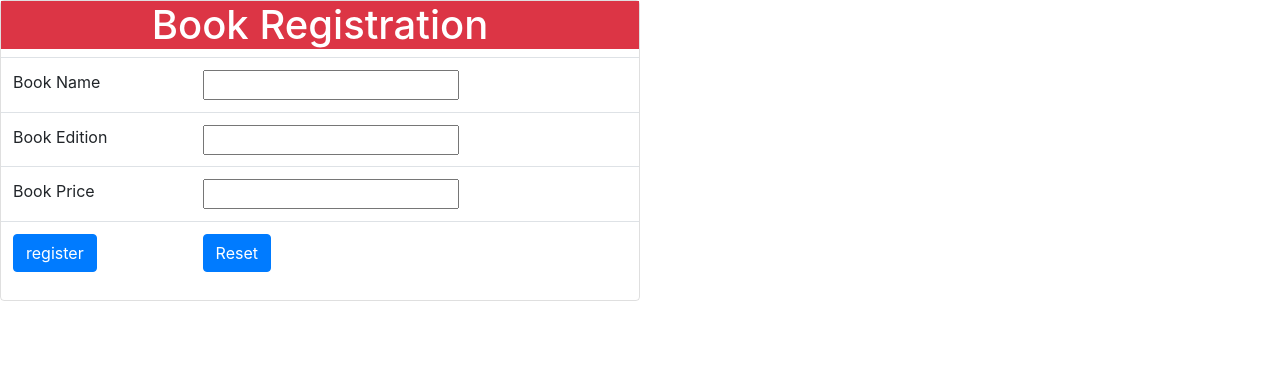
Repository: wasimkhanktr/JavaServlet
Page: WebBookApp/src/main/webapp/Register.html
An editor plug-in stored every save of this project. The page is shown before and after the next save, followed by the edit.
The browser window is 1280 px wide. The pictures show the whole page.

Above is the page before, as saved 2024-09-11 17:57:38.

### WebBookApp/src/main/webapp/Register.html
<!DOCTYPE html>
<html>
<head>
<meta charset="UTF-8">
<title>Insert title here</title>
<link rel="stylesheet" href="./css/bootstrap.css">
</head>
<body class=".container card" style="width: 40rem;">
    <h1 class="bg-danger text-white text-center">Book Registration</h1>
    <form action="register" method="post">
        <table class="table table-hover">
            <tr>
                <td>Book Name</td>
                <td><input type="text" name="bookName" id=""></td>
            </tr>
            <tr>
            </tr>
                <td>Book Edition</td>
                <td><input type="text" name="bookEdition" id=""></td>
            </tr>
            <tr>
            </tr>
                <td>Book Price</td>
                <td><input type="text" name="bookPrice" id=""></td>
            </tr>
            <tr>
            </tr>
                <td><input class="btn btn-primary hover-success"  type="submit" value="register"></td>
                <td><input class="btn btn-primary" type="reset" name="cancel" id=""></td>
            </tr>
        </table>
    </form>
</body>
</html>

Loaded but not shown: WebBookApp/src/main/webapp/css/bootstrap.css (library)

After the next save:
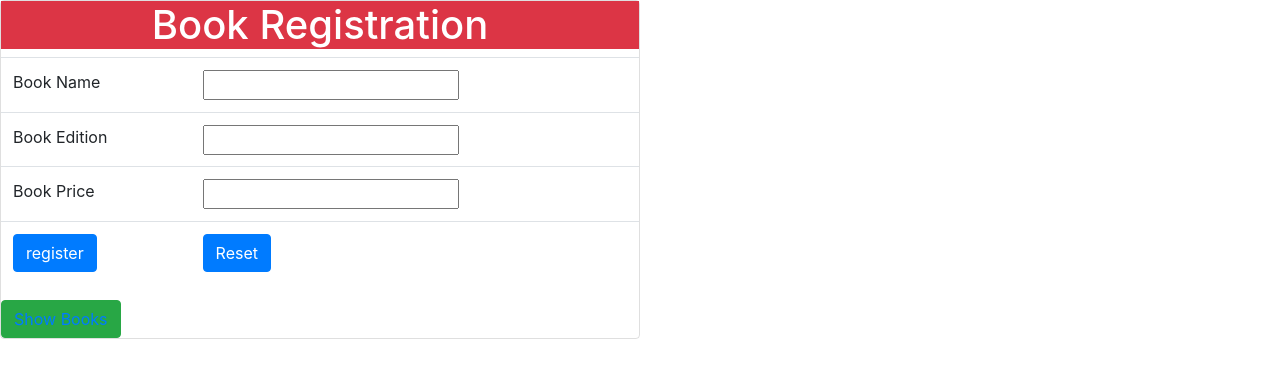
Saved 2 min 29 s later.
--- a/WebBookApp/src/main/webapp/Register.html
+++ b/WebBookApp/src/main/webapp/Register.html
@@ -29,6 +29,7 @@
                 <td><input class="btn btn-primary" type="reset" name="cancel" id=""></td>
             </tr>
         </table>
+        <button class="btn btn-success"><a href="booklist">Show Books</a></button>
     </form>
 </body>
 </html>
